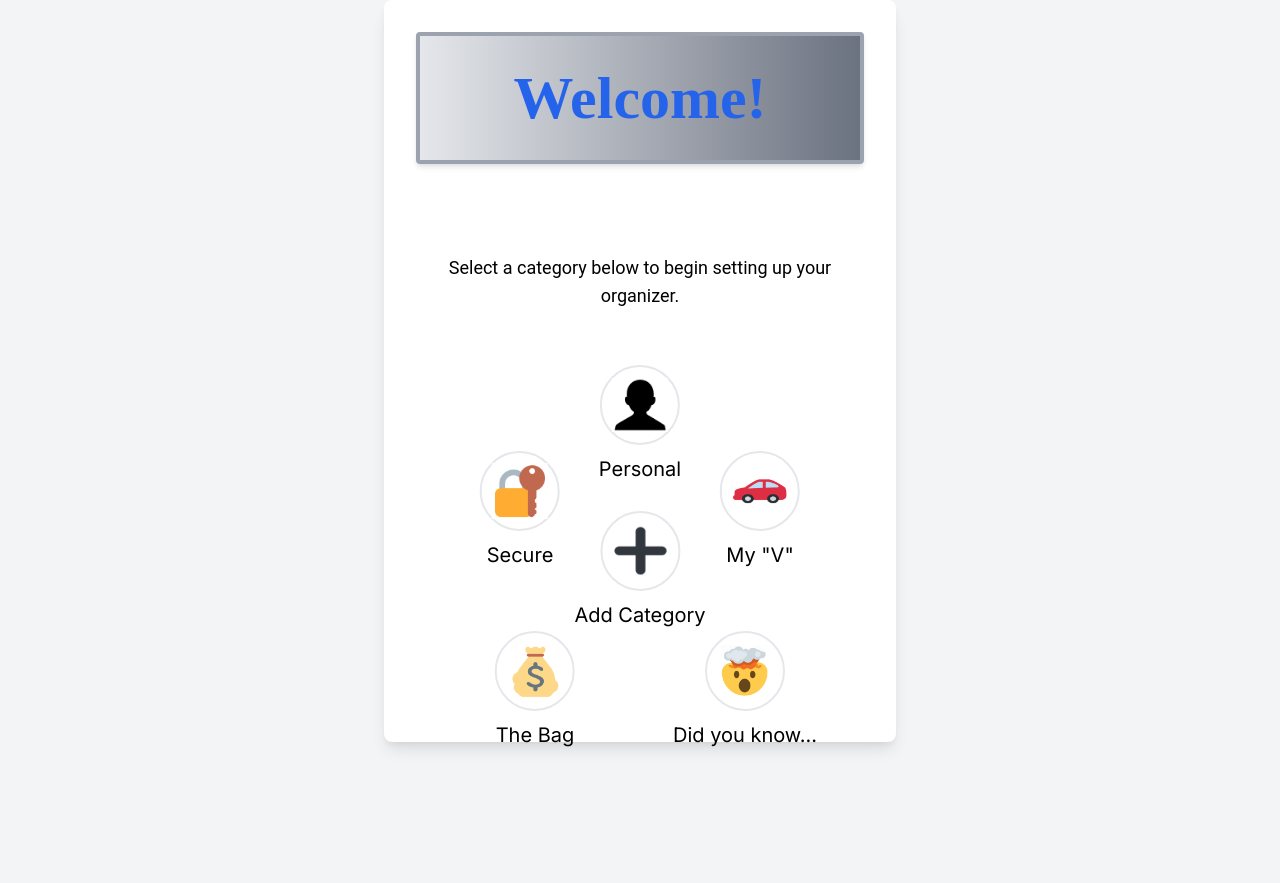
Repository: MercyB19/Russaw_Mercy_Adulting-101_Capstone
Page: page2.html
An editor plug-in stored every save of this project. The page is shown before and after the next save, followed by the edit.
The browser window is 1280 px wide. The pictures show the whole page.
Some web fonts or font styles are not loaded; a fallback is used.

Above is the page before, as saved 2024-07-23 14:28:56.

### page2.html
<!DOCTYPE html>
<html lang="en">

<head>
  <meta charset="UTF-8">
  <meta name="viewport" content="width=device-width, initial-scale=1.0">
  <title>YAY Adulting</title>
  <link href="https://cdn.jsdelivr.net/npm/tailwindcss@2.2.19/dist/tailwind.min.css" rel="stylesheet">
  <link rel="stylesheet" href="https://fonts.googleapis.com/css2?family=Balsamiq+Sans:wght@400;700&display=swap">
  <link rel="stylesheet" href="https://fonts.googleapis.com/css2?family=Inter:wght@400;500;600&display=swap">
  <style>
    .pentagon-layout { /*creates a more rounded layout*/
      position: relative;
      width: 300px;
      height: 300px;
      margin: 0 auto;
    }

    .pentagon-layout div {
      position: absolute;
      text-align: center;
    }

    .personal {
     top: -15%;
      padding-bottom: 300px;
      left: 50%;
      transform: translateX(-50%);
    }

    .secure {
      top: 50%;
      left: 10%;
      transform: translate(-50%, -50%);
    }

    .add-category {
      top: 70%;
      left: 50%;
      transform: translate(-50%, -50%);
    }

    .my-v {
      top: 50%;
      right: 10%;
      transform: translate(50%, -50%);
    }

    .the-bag {
      bottom: -10%;
      left: 15%;
      transform: translate(-50%, 50%);
    }

    .did-you-know {
      bottom: -10%;
      right: 15%;
      transform: translate(50%, 50%);
    }

    .icon-title {
      margin-top: 90px;
      margin-bottom: 100px; /* Adjust as necessary to position text below icons */
    }
  </style>
</head>

<body class="bg-gray-100 flex justify-center items-center min-h-screen">
  <div class="w-full max-w-lg p-8 bg-white rounded-lg shadow-lg">
    <header class="w-full p-8 bg-gradient-to-r from-gray-200 to-gray-500 border-4 border-gray-400 flex flex-col items-center rounded shadow-md mb-8">
      <h1 class="text-6xl font-bold text-blue-600" style="font-family: 'Balsamiq Sans', cursive;">Welcome!</h1>
    </header>
    <div class="text-center mb-8">
      <p class="icon-title text-lg" style="font-family: 'Roboto', sans-serif;">Select a category below to begin setting up your organizer.</p>
    </div>
    <div class="pentagon-layout">
      <div class="personal flex flex-col items-center">
        <div class="w-20 h-20  flex justify-center items-center bg-white border-2  rounded-full mb-2">
          <img src="Images/Person_personal_img.png" alt="Personal" class="w-14 h-13">
        </div>
        <p class="icon-title text-xl" style="font-family: 'Inter', sans-serif;">Personal</p>
      </div>
      <div class="secure flex flex-col items-center">
        <div class="w-20 h-20 flex justify-center items-center bg-white border-2 rounded-full mb-2">
          <img src="Images/Secure_icon_img.png" alt="Secure" class="w-14 h-14">
        </div>
        <p class="icon-title text-xl" style="font-family: 'Inter', sans-serif;">Secure</p>
      </div>
      <div class="add-category flex flex-col items-center">
        <div class="w-20 h-20 flex justify-center items-center bg-white border-2 rounded-full mb-2">
          <img src="Images/Add_new_img.png" alt="Add Category" class="w-14 h-13">
        </div>
        <p class="icon-title text-xl" style="font-family: 'Inter', sans-serif;">Add Category</p>
      </div>
      <div class="my-v flex flex-col items-center">
        <div class="w-20 h-20 flex justify-center items-center bg-white border-2  rounded-full mb-2">
          <img src="Images/My_V_img.png" alt="My V" class="w-14 h-15">
        </div>
        <p class="icon-title text-xl" style="font-family: 'Inter', sans-serif;">My "V"</p>
      </div>
      <div class="the-bag flex flex-col items-center">
        <div class="w-20 h-20 flex justify-center items-center bg-white border-2 rounded-full mb-2">
          <img src="Images/The_bag_icon_img.png" alt="The Bag" class="w-13 h-14">
        </div>
        <p class="icon-title text-xl" style="font-family: 'Inter', sans-serif;">The Bag</p>
      </div>
      <div class="did-you-know flex flex-col items-center">
        <div class="w-20 h-20 flex justify-center items-center bg-white border-2 rounded-full mb-2">
          <img src="Images/did_you_know_icon.png" alt="Did you know" class="w-12 h-13">
        </div>
        <p class="icon-title text-xl" style="font-family: 'Inter', sans-serif;">Did you know...</p>
      </div>
    </div>
  </div>
</body>

</html>

After the next save:
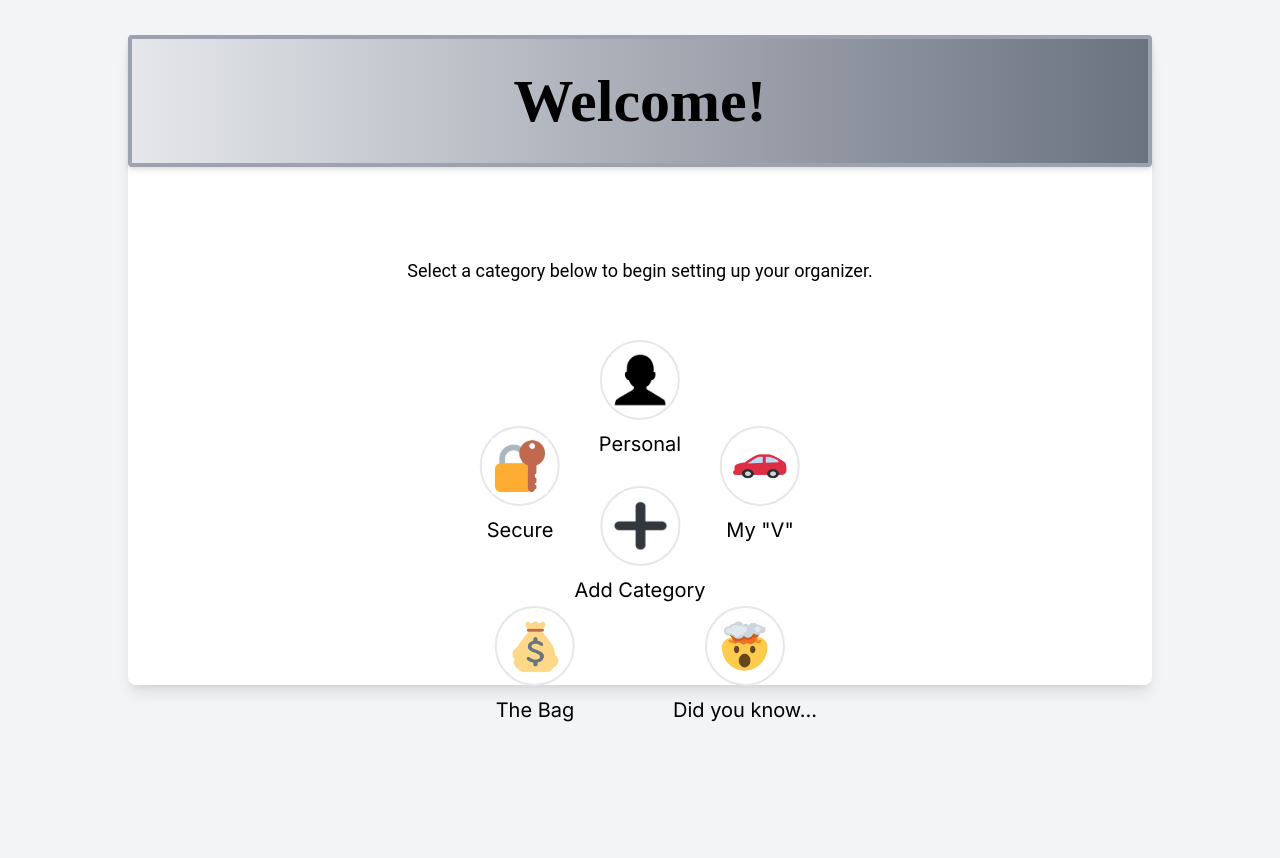
Saved 31 s later.
--- a/page2.html
+++ b/page2.html
@@ -8,6 +8,7 @@
   <link href="https://cdn.jsdelivr.net/npm/tailwindcss@2.2.19/dist/tailwind.min.css" rel="stylesheet">
   <link rel="stylesheet" href="https://fonts.googleapis.com/css2?family=Balsamiq+Sans:wght@400;700&display=swap">
   <link rel="stylesheet" href="https://fonts.googleapis.com/css2?family=Inter:wght@400;500;600&display=swap">
+  <link rel="stylesheet" href="https://fonts.googleapis.com/css2?family=Poppins:wght@500;700&display=swap">
   <style>
     .pentagon-layout { /*creates a more rounded layout*/
       position: relative;
@@ -66,9 +67,9 @@
 </head>
 
 <body class="bg-gray-100 flex justify-center items-center min-h-screen">
-  <div class="w-full max-w-lg p-8 bg-white rounded-lg shadow-lg">
+  <div class="w-full max-w-screen-lg bg-white rounded-lg shadow-lg">
     <header class="w-full p-8 bg-gradient-to-r from-gray-200 to-gray-500 border-4 border-gray-400 flex flex-col items-center rounded shadow-md mb-8">
-      <h1 class="text-6xl font-bold text-blue-600" style="font-family: 'Balsamiq Sans', cursive;">Welcome!</h1>
+      <div class="text-6xl font-bold text-teal" style="font-family: 'Balsamiq Sans', cursive;">Welcome!</div>
     </header>
     <div class="text-center mb-8">
       <p class="icon-title text-lg" style="font-family: 'Roboto', sans-serif;">Select a category below to begin setting up your organizer.</p>
